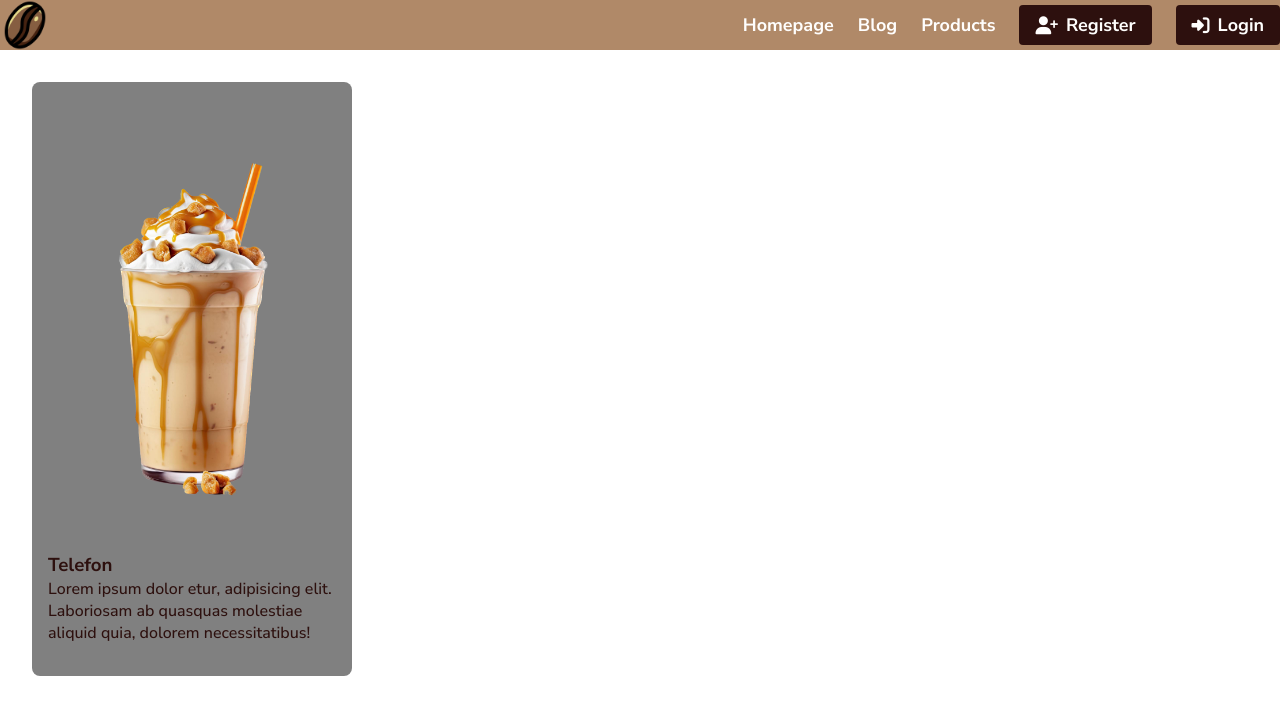
Repository: liviamucioniu/Coffee-Shop-Website
Page: index.html
The author's editor kept a copy of each file at every save. The page is drawn from the files as they stood at one save, then again after the next save.
The browser window is 1280 px wide. The pictures show the whole page.

Above is the page before, as saved 2023-10-20 17:45:57.

After the next save:
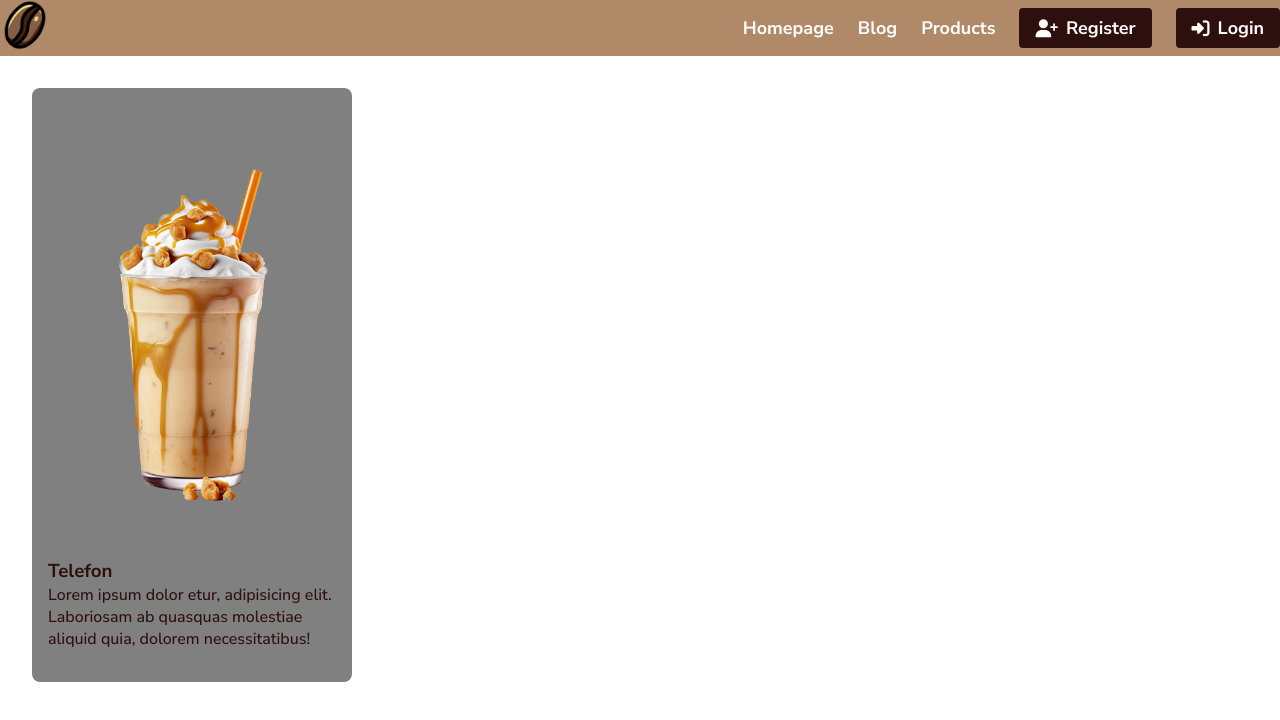
Saved 2 min 50 s later.
--- a/index.html
+++ b/index.html
@@ -22,7 +22,10 @@
     </head>
     <body>
         <header id="header">
-            <img class="logo" src="./assets/logo.png" alt="Logo" />
+            <div class="logo-wrapper">
+                <img class="logo" src="./assets/logo.png" alt="Logo" />
+            </div>
+            <!-- nav -->
             <nav class="navigation">
                 <a class="link" href="#">Homepage</a>
                 <a class="link" href="#">Blog</a>
@@ -35,6 +38,7 @@
                 >
             </nav>
         </header>
+        <!-- sectiunea -->
         <section id="product-list">
             <div class="product-card">
                 <img
